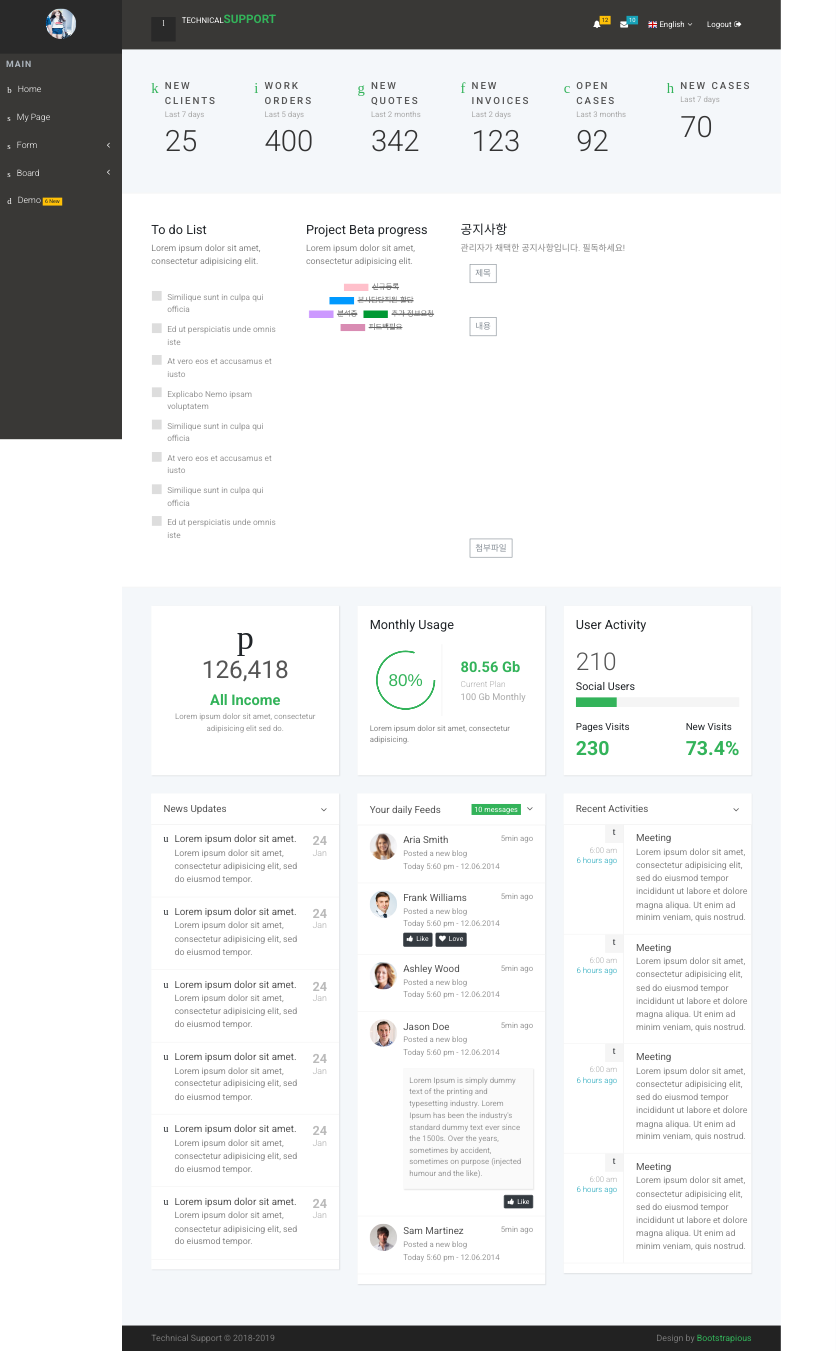
Repository: chi468/Tech_Support_Solution
Page: http://localhost/sol/views/main.jsp
These files come from the project's save history. The page is drawn as it stood at one moment and after a run of saves; the edit follows.
The browser window is 1280 px wide. The page is 1370 px wide, so the pictures cover 1370 px, including what lies to the right of the window. The pictures show the whole page, at 61% of full size.
Some web fonts or font styles are not loaded; a fallback is used. The page is served by Tomcat 9. The template is opened directly, without the code that normally fills it, so the values that code supplies are empty.

Above is the page before, as saved 2018-12-05 05:14:02.

After the next 2 saves:
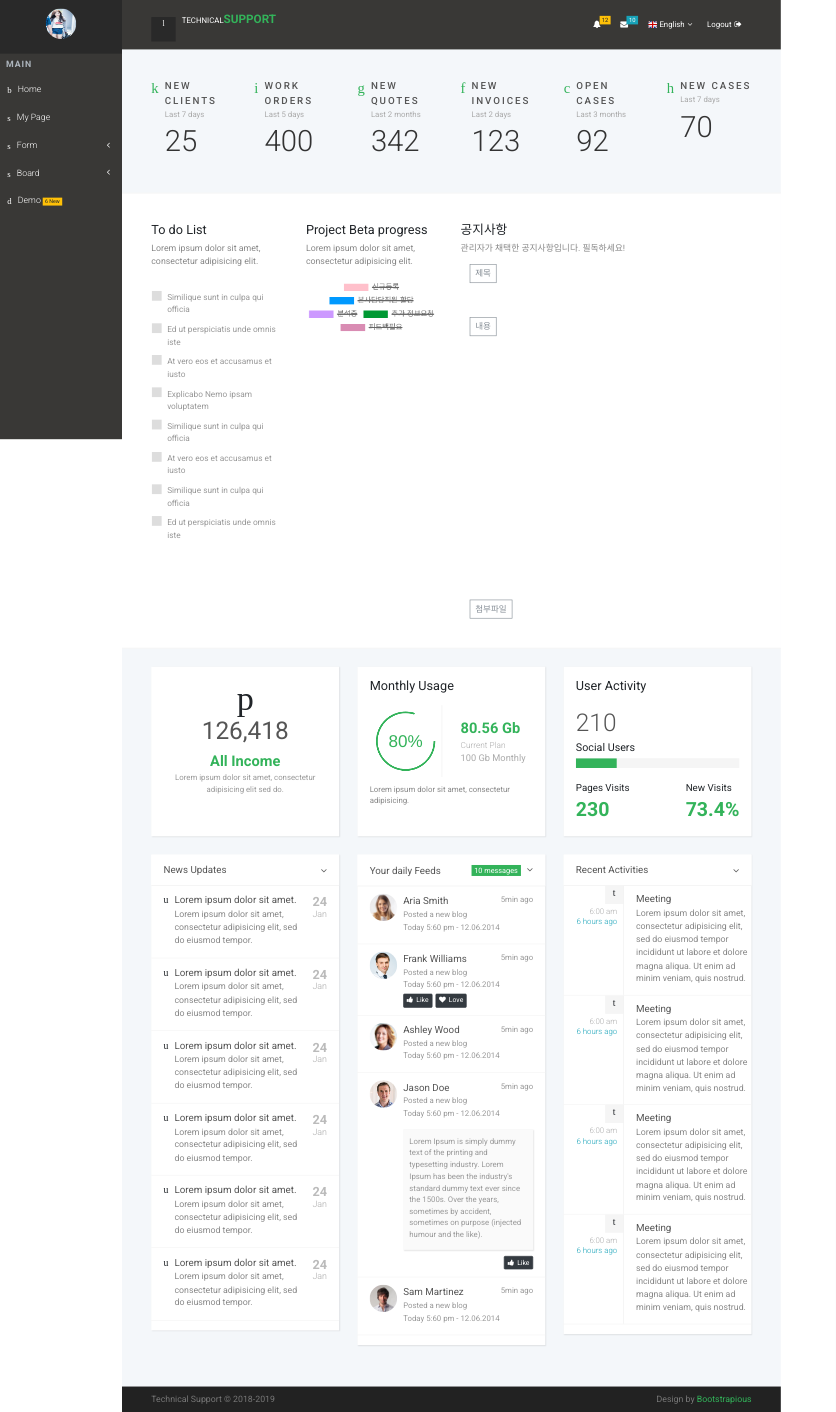
The 2 saves are shown as one change because they came seconds apart.
The last was saved 6 min 32 s later.
--- a/web_workspace_sol/sol/WebContent/views/main.jsp
+++ b/web_workspace_sol/sol/WebContent/views/main.jsp
@@ -145,7 +145,7 @@
     					 </h1>
     		   		     <br><br>
           			     <p class="lead text-muted"><button type="button" class="btn btn-sm btn-outline-secondary">내용</button>&nbsp;
-         	 			 	<div style="overflow; scroll; width:600px; height:300px; class="btn btn-sm btn-outline-secondary">
+         	 			 	<div style="overflow; scroll; width:600px; height:400px; class="btn btn-sm btn-outline-secondary">
 	          					${requestScope.board.text}
          	 			 	</div>
         				 </p>
